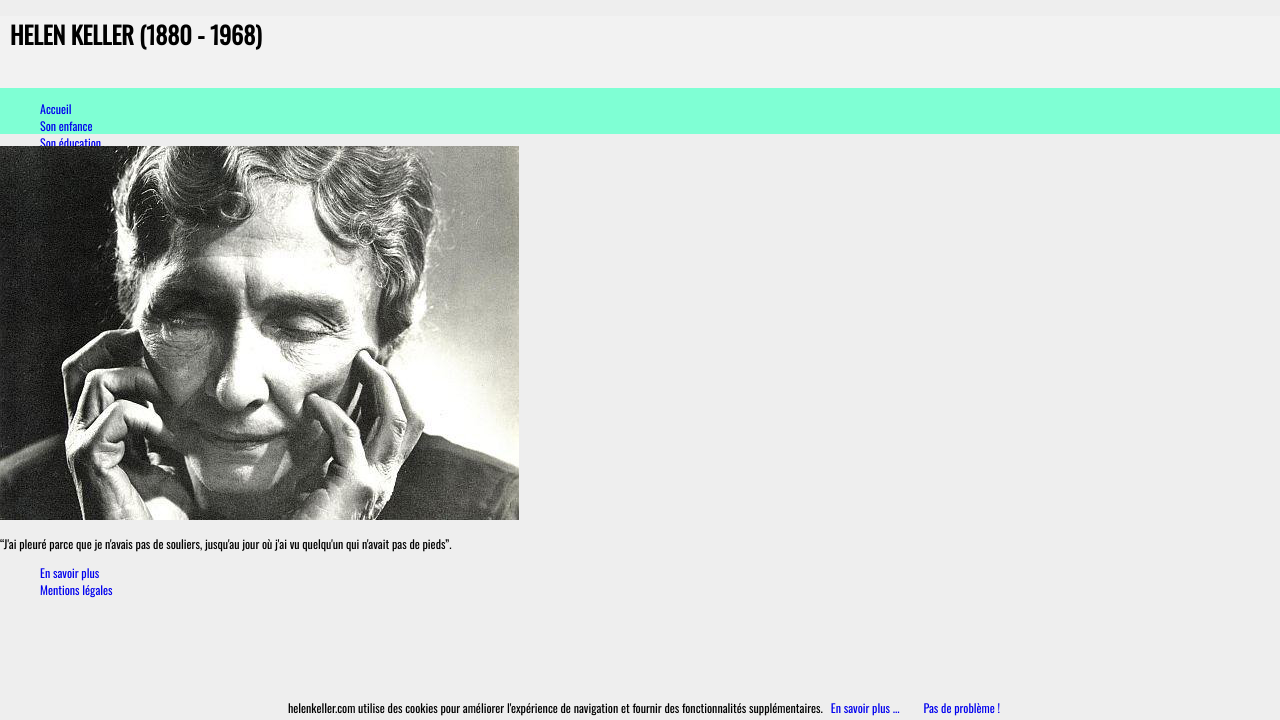
Repository: Luc010/Exercices
Page: HTML CSS/biographie_helen_keller/index.html
The author's editor kept a copy of each file at every save. The page is drawn from the files as they stood at one save, then again after a run of saves.
The browser window is 1280 px wide. The pictures show the whole page.

Above is the page before, as saved 2019-09-05 16:01:06.

### HTML CSS/biographie_helen_keller/index.html
<!DOCTYPE html>
<html lang="fr">
<head>
    <title>Biographie Helen Keller - Accueil</title>
    <meta charset="UTF-8">
    <meta name="viewport" content="width=device-width, initial-scale=1.0">
    <meta http-equiv="X-UA-Compatible" content="ie=edge">
    <link href="style.css" rel="stylesheet">
</head>
<body>
    <header>
        <div class="brand">
            <h1>HELEN KELLER (1880 - 1968)</h1>
        </div>
    </header>
        <nav>
            <ul>
                <li><a href="index.html">Accueil</a></li>
                <li><a href="enfance.html">Son enfance</a></li>
                <li><a href="education.html">Son éducation</a></li>
                <li><a href="adulte.html">Sa vie adulte</a></li>
            </ul>
        </nav>
        <main>
            <div class="container">
                <p><img src="img/hk.jpg" alt="helen Keller portrait"></p>
                <p>“J'ai pleuré parce que je n'avais pas de souliers, jusqu'au jour où j'ai vu quelqu'un qui n'avait pas de
                    pieds”.
                </p>
            </div>
        </main>
        <footer>
            <div class="container">
                <!-- ul>li*5>a{lien$} -->
                <ul>
                    <li><a href="savoirplus.html">En savoir plus</a></li>
                    <li><a href="mentions.html">Mentions légales</a></li>
                </ul>
            </div>
        </footer>
    <script src="cookiechoices.js"></script>
    <script>document.addEventListener('DOMContentLoaded', function(event) {
        cookieChoices.showCookieConsentBar('helenkeller.com utilise des cookies pour améliorer l\'expérience de navigation et fournir des fonctionnalités supplémentaires.',
          'Pas de problème !', 'En savoir plus ...', 'http://127.0.0.1:5500/biographie_helen_keller/adulte.html');
      });
    </script>
</body>
</html>

### HTML CSS/biographie_helen_keller/style.css
@import url('https://fonts.googleapis.com/css?family=Oswald&display=swap');

/* GENERAL */
body{
    margin: 0;
    padding: 0;
    background-color: #eee;
    font-size: 12px;
    font-family: 'Oswald',corbel,calibri,sans-serif;
}
nav{
    height: 46px;
    display: flex;
    flex-flow: row;
    background-color: aquamarine;
}
a{
    text-decoration: none;
}
ul, li{
    list-style: none;
    align-items: center;
}
/* HEADER */

header{
    background-color: #f2f2f2;
    height: 72px;
}
.brand{
    text-indent: 10px;
}

### HTML CSS/biographie_helen_keller/cookiechoices.js
/*
 Copyright 2014 Google Inc. All rights reserved.

 Licensed under the Apache License, Version 2.0 (the "License");
 you may not use this file except in compliance with the License.
 You may obtain a copy of the License at

 http://www.apache.org/licenses/LICENSE-2.0

 Unless required by applicable law or agreed to in writing, software
 distributed under the License is distributed on an "AS IS" BASIS,
 WITHOUT WARRANTIES OR CONDITIONS OF ANY KIND, either express or implied.
 See the License for the specific language governing permissions and
 limitations under the License.
 */

(function(window) {

  if (!!window.cookieChoices) {
    return window.cookieChoices;
  }

  var document = window.document;
  // IE8 does not support textContent, so we should fallback to innerText.
  var supportsTextContent = 'textContent' in document.body;

  var cookieChoices = (function() {

    var cookieName = 'displayCookieConsent';
    var cookieConsentId = 'cookieChoiceInfo';
    var dismissLinkId = 'cookieChoiceDismiss';

    function _createHeaderElement(cookieText, dismissText, linkText, linkHref) {
      var butterBarStyles = 'position:fixed;width:100%;background-color:#eee;' +
          'margin:0; left:0; bottom:0;padding:4px;z-index:1000;text-align:center;';

      var cookieConsentElement = document.createElement('div');
      cookieConsentElement.id = cookieConsentId;
      cookieConsentElement.style.cssText = butterBarStyles;
      cookieConsentElement.appendChild(_createConsentText(cookieText));

      if (!!linkText && !!linkHref) {
        cookieConsentElement.appendChild(_createInformationLink(linkText, linkHref));
      }
      cookieConsentElement.appendChild(_createDismissLink(dismissText));
      return cookieConsentElement;
    }

    function _createDialogElement(cookieText, dismissText, linkText, linkHref) {
      var glassStyle = 'position:fixed;width:100%;height:100%;z-index:999;' +
          'top:0;left:0;opacity:0.5;filter:alpha(opacity=50);' +
          'background-color:#ccc;';
      var dialogStyle = 'z-index:1000;position:fixed;left:50%;top:50%';
      var contentStyle = 'position:relative;left:-50%;margin-top:-25%;' +
          'background-color:#fff;padding:20px;box-shadow:4px 4px 25px #888;';

      var cookieConsentElement = document.createElement('div');
      cookieConsentElement.id = cookieConsentId;

      var glassPanel = document.createElement('div');
      glassPanel.style.cssText = glassStyle;

      var content = document.createElement('div');
      content.style.cssText = contentStyle;

      var dialog = document.createElement('div');
      dialog.style.cssText = dialogStyle;

      var dismissLink = _createDismissLink(dismissText);
      dismissLink.style.display = 'block';
      dismissLink.style.textAlign = 'right';
      dismissLink.style.marginTop = '8px';

      content.appendChild(_createConsentText(cookieText));
      if (!!linkText && !!linkHref) {
        content.appendChild(_createInformationLink(linkText, linkHref));
      }
      content.appendChild(dismissLink);
      dialog.appendChild(content);
      cookieConsentElement.appendChild(glassPanel);
      cookieConsentElement.appendChild(dialog);
      return cookieConsentElement;
    }

    function _setElementText(element, text) {
      if (supportsTextContent) {
        element.textContent = text;
      } else {
        element.innerText = text;
      }
    }

    function _createConsentText(cookieText) {
      var consentText = document.createElement('span');
      _setElementText(consentText, cookieText);
      return consentText;
    }

    function _createDismissLink(dismissText) {
      var dismissLink = document.createElement('a');
      _setElementText(dismissLink, dismissText);
      dismissLink.id = dismissLinkId;
      dismissLink.href = '#';
      dismissLink.style.marginLeft = '24px';
      return dismissLink;
    }

    function _createInformationLink(linkText, linkHref) {
      var infoLink = document.createElement('a');
      _setElementText(infoLink, linkText);
      infoLink.href = linkHref;
      infoLink.target = '_blank';
      infoLink.style.marginLeft = '8px';
      return infoLink;
    }

    function _dismissLinkClick() {
      _saveUserPreference();
      _removeCookieConsent();
      return false;
    }

    function _showCookieConsent(cookieText, dismissText, linkText, linkHref, isDialog) {
      if (_shouldDisplayConsent()) {
        _removeCookieConsent();
        var consentElement = (isDialog) ?
            _createDialogElement(cookieText, dismissText, linkText, linkHref) :
            _createHeaderElement(cookieText, dismissText, linkText, linkHref);
        var fragment = document.createDocumentFragment();
        fragment.appendChild(consentElement);
        document.body.appendChild(fragment.cloneNode(true));
        document.getElementById(dismissLinkId).onclick = _dismissLinkClick;
      }
    }

    function showCookieConsentBar(cookieText, dismissText, linkText, linkHref) {
      _showCookieConsent(cookieText, dismissText, linkText, linkHref, false);
    }

    function showCookieConsentDialog(cookieText, dismissText, linkText, linkHref) {
      _showCookieConsent(cookieText, dismissText, linkText, linkHref, true);
    }

    function _removeCookieConsent() {
      var cookieChoiceElement = document.getElementById(cookieConsentId);
      if (cookieChoiceElement != null) {
        cookieChoiceElement.parentNode.removeChild(cookieChoiceElement);
      }
    }

    function _saveUserPreference() {
      // Set the cookie expiry to one year after today.
      var expiryDate = new Date();
      expiryDate.setFullYear(expiryDate.getFullYear() + 1);
      document.cookie = cookieName + '=y; expires=' + expiryDate.toGMTString();
    }

    function _shouldDisplayConsent() {
      // Display the header only if the cookie has not been set.
      return !document.cookie.match(new RegExp(cookieName + '=([^;]+)'));
    }

    var exports = {};
    exports.showCookieConsentBar = showCookieConsentBar;
    exports.showCookieConsentDialog = showCookieConsentDialog;
    return exports;
  })();

  window.cookieChoices = cookieChoices;
  return cookieChoices;
})(this);

After the next 3 saves:
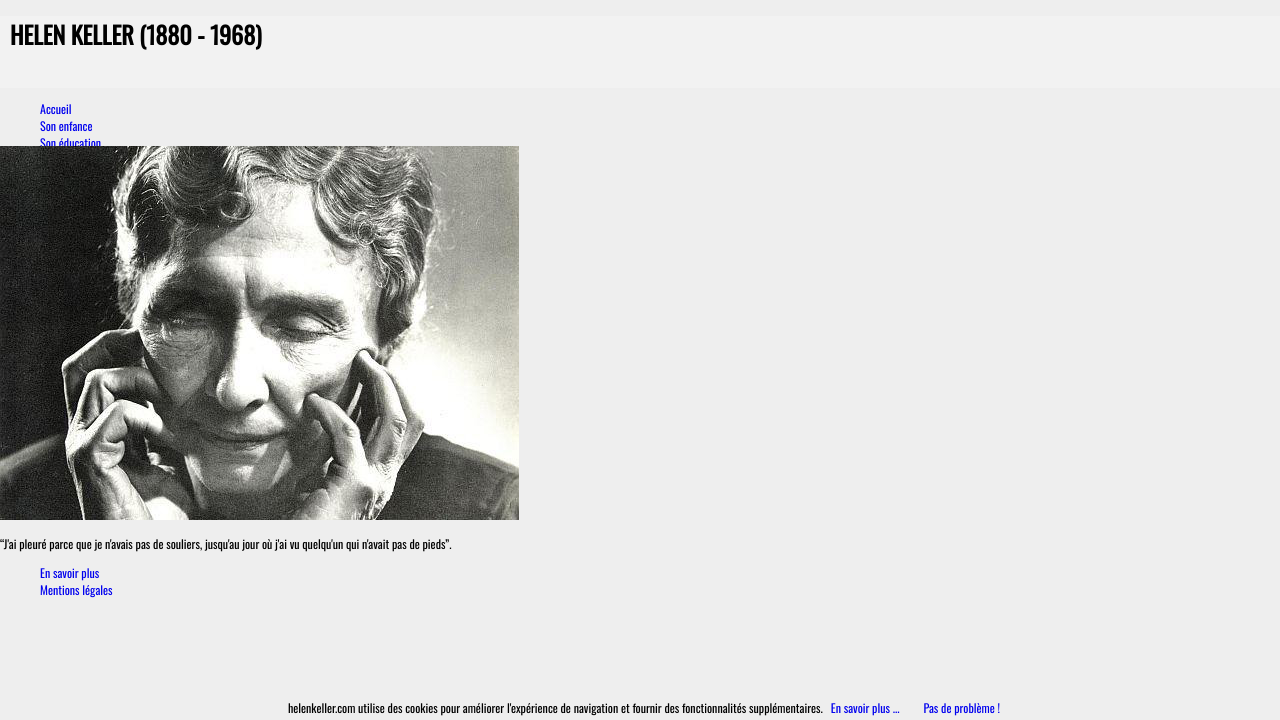
The 3 saves are shown as one change because they came seconds apart.
The last was saved 11 s later.
--- a/HTML CSS/biographie_helen_keller/style.css
+++ b/HTML CSS/biographie_helen_keller/style.css
@@ -11,7 +11,7 @@ body{
 nav{
     height: 46px;
     display: flex;
-    flex-flow: row;
+    flex-flow:
     background-color: aquamarine;
 }
 a{

After the 4 saves that followed:
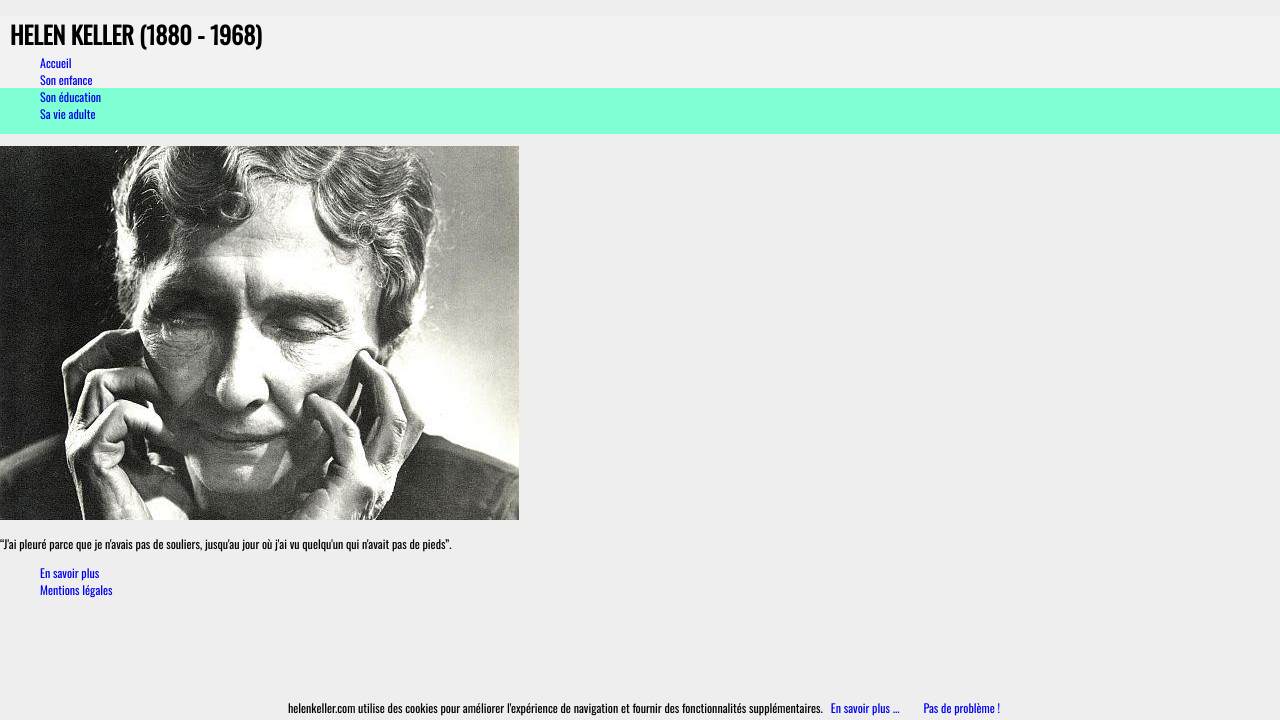
The 4 saves are shown as one change because 1 left the picture as it was and some came seconds apart.
The last was saved 12 s later.
--- a/HTML CSS/biographie_helen_keller/style.css
+++ b/HTML CSS/biographie_helen_keller/style.css
@@ -11,7 +11,7 @@ body{
 nav{
     height: 46px;
     display: flex;
-    flex-flow:
+    flex-flow: wrap-reverse;
     background-color: aquamarine;
 }
 a{
